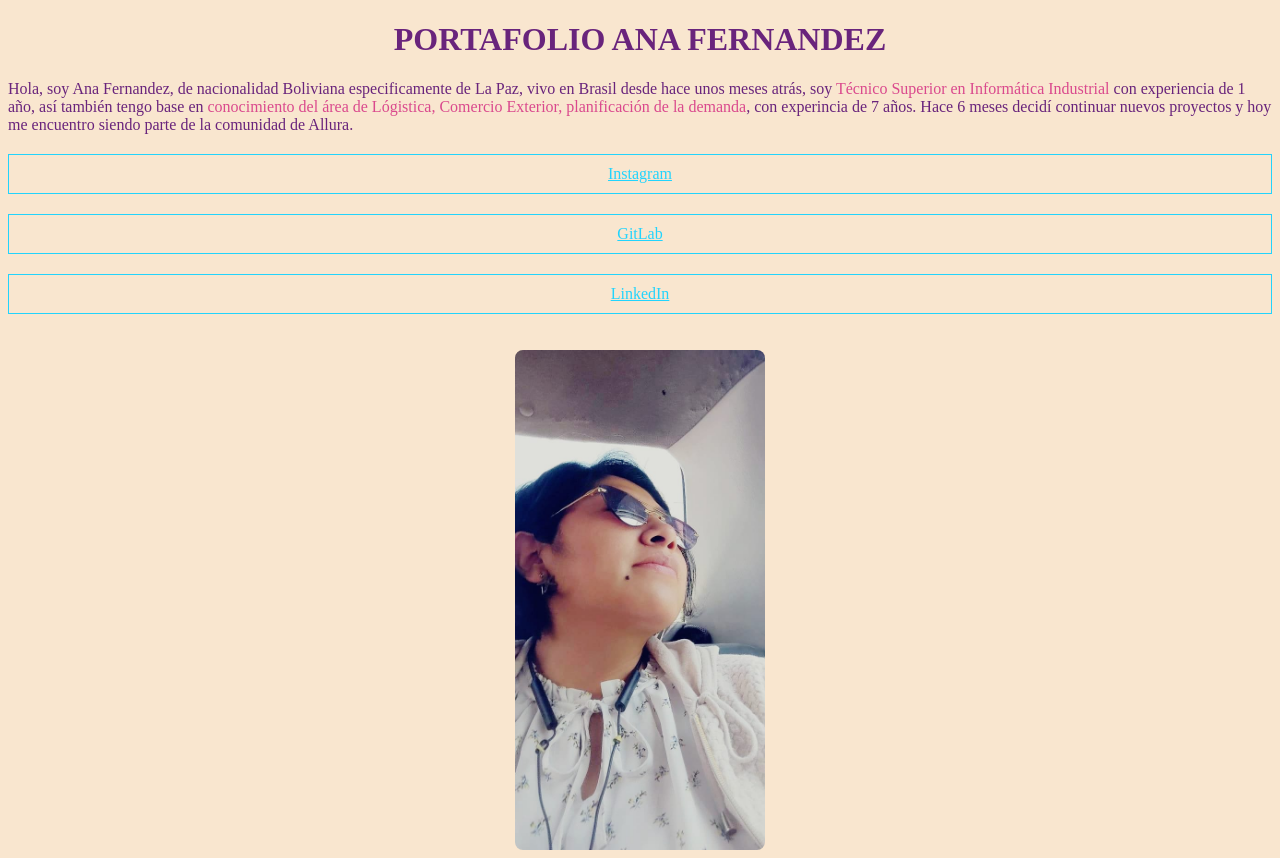
Repository: AnaFzCz/PROYECTOS-HTML---CSS2
Page: Portafolio/index.html
The author's editor kept a copy of each file at every save. The page is drawn from the files as they stood at one save, then again after the next save.
The browser window is 1280 px wide. The pictures show the whole page.

Above is the page before, as saved 2025-01-23 07:38:32.

### Portafolio/index.html
<!DOCTYPE html>
<html lang="en">
<head>
    <meta charset="UTF-8">
    <meta http-equiv="X-UA-Compatible" content="IE=edge">
    <meta name="viewport" content="width=device-width, initial-scale=1.0">
    <title>Portafolio</title>
    <link rel="stylesheet" href="style.css">
</head>
<body>
    <header>

    </header>
    <main>
        <h1 style="text-align: center;">PORTAFOLIO ANA FERNANDEZ</h1>
        <p>Hola, soy Ana Fernandez, de nacionalidad Boliviana especificamente de La Paz, vivo en Brasil desde hace unos meses atrás, soy <span>Técnico Superior en Informática Industrial</span> con experiencia de 1 año, así también tengo base en <span>conocimiento del área de Lógistica, Comercio Exterior, planificación de la demanda</span>, con experincia de 7 años. Hace 6 meses decidí continuar nuevos proyectos y hoy me encuentro siendo parte de la comunidad de Allura.</p>
            <div >
        <a class="bot" href="https://instagram.com/anafzcz">Instagram</a>
        <a class="bot" href="https://github.com/AnaFzCz">GitLab</a>
        <a class="bot" href="https://linkedin.com/in/ana-fernandez-cruz-238787124">LinkedIn</a>
        <br>
        <br>
        <img src="mindfullness.jpg" alt="myself" style="width:250px;height: 500px;">
        </div>
    </main>
    <footer></footer>
</body>
</html>

### Portafolio/style.css
body{
   background-color: #F9E6CF;
   color:#69247C;
    font-family: "papyrus";
}

span{
    color:#DA498D;
}

a{
    color: #22D4FD;

    border: 1px solid #22D4FD;
    padding: 10px;
    text-align: center;
}

h1 {
   align-content: center;
}
img {
    border-radius: 8px;
    display: block;
    margin-left: auto;
    margin-right: auto;
  }

  img:hover {
    transform: scaleX(-1);
  }
  .bot {

    margin-top: 20px;
    display: flex;

    justify-content: center;

  }
.bloq{
    display:inline-block;
}

After the next save:
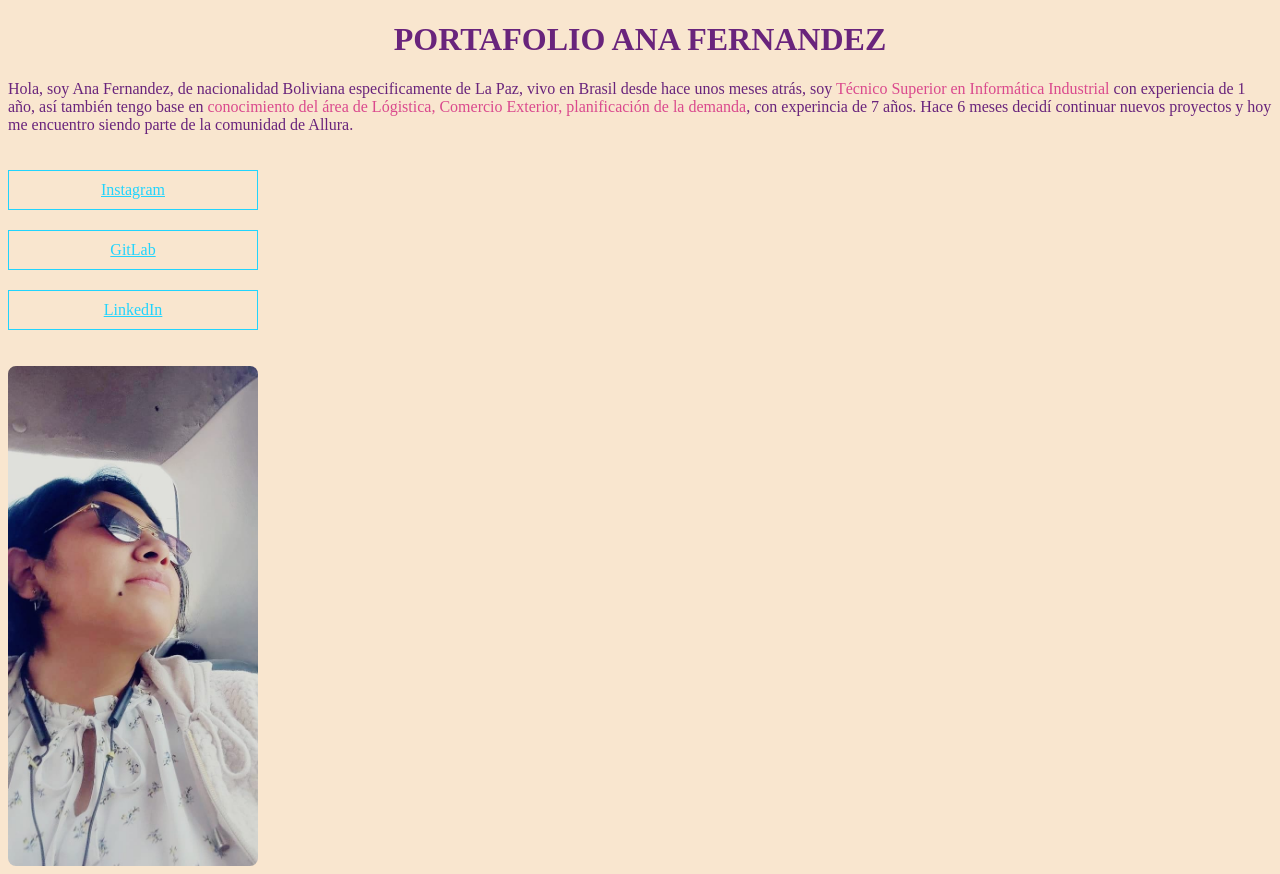
Saved 11 s later.
--- a/Portafolio/index.html
+++ b/Portafolio/index.html
@@ -14,7 +14,7 @@
     <main>
         <h1 style="text-align: center;">PORTAFOLIO ANA FERNANDEZ</h1>
         <p>Hola, soy Ana Fernandez, de nacionalidad Boliviana especificamente de La Paz, vivo en Brasil desde hace unos meses atrás, soy <span>Técnico Superior en Informática Industrial</span> con experiencia de 1 año, así también tengo base en <span>conocimiento del área de Lógistica, Comercio Exterior, planificación de la demanda</span>, con experincia de 7 años. Hace 6 meses decidí continuar nuevos proyectos y hoy me encuentro siendo parte de la comunidad de Allura.</p>
-            <div >
+            <div class="bloq">
         <a class="bot" href="https://instagram.com/anafzcz">Instagram</a>
         <a class="bot" href="https://github.com/AnaFzCz">GitLab</a>
         <a class="bot" href="https://linkedin.com/in/ana-fernandez-cruz-238787124">LinkedIn</a>
